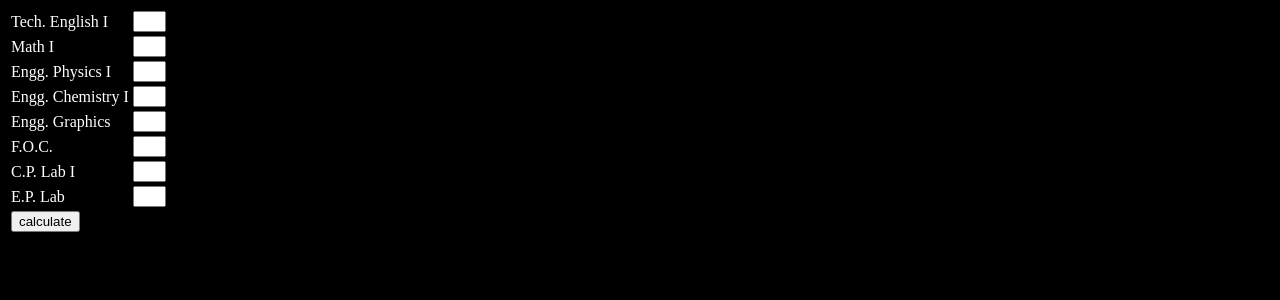
Repository: vigineshs/Mobile-Applications
Page: AnnaUniv GPA Calc/AnnaUniv GPA Calculator w/assets/www/it08sem1.html
The author's editor kept a copy of each file at every save. The page is drawn from the files as they stood at one save, then again after the next save.
The browser window is 1280 px wide. The pictures show the whole page.

Above is the page before, as saved 2012-05-03 11:30:47.

After the next save:
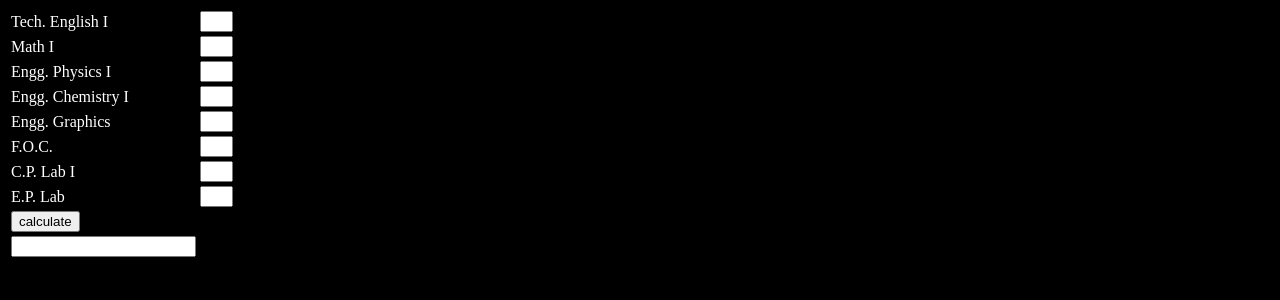
Saved 2 min 53 s later.
--- a/AnnaUniv GPA Calc/AnnaUniv GPA Calculator w/assets/www/it08sem1.html
+++ b/AnnaUniv GPA Calc/AnnaUniv GPA Calculator w/assets/www/it08sem1.html
@@ -171,6 +171,8 @@
 <tr><td>C.P. Lab I</td> <td><input type="text" size="1" name="t7" /></td></tr>
 <tr><td>E.P. Lab</td> <td><input type="text" size="1" name="t8" /></td></tr>
 <tr colspan="2"><td><input type="submit" onclick="f();" value="calculate" /></td></tr>
+<tr colspan="2"><td><input type="text" name=t10 /></td></tr>
+</table>
 </form>
 </body>
 </html>

After the 3 saves that followed:
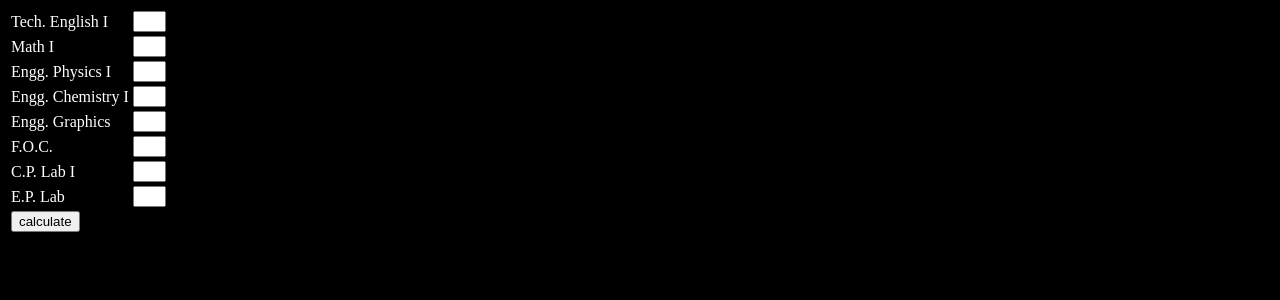
The 3 saves are shown as one change because 2 left the picture as it was.
The last was saved 10 min 36 s later.
--- a/AnnaUniv GPA Calc/AnnaUniv GPA Calculator w/assets/www/it08sem1.html
+++ b/AnnaUniv GPA Calc/AnnaUniv GPA Calculator w/assets/www/it08sem1.html
@@ -152,7 +152,8 @@
 else
 window.alert("invalid grade in sub 8");
 
-document.write("<HTML><BODY><H1>"+s1/credits+"</H1></BODY></HTML>");
+return s1/credits;
+
 }
 </script>
 
@@ -170,8 +171,8 @@
 <tr><td>F.O.C.</td> <td><input type="text" size="1" name="t6" /></td></tr>
 <tr><td>C.P. Lab I</td> <td><input type="text" size="1" name="t7" /></td></tr>
 <tr><td>E.P. Lab</td> <td><input type="text" size="1" name="t8" /></td></tr>
-<tr colspan="2"><td><input type="submit" onclick="f();" value="calculate" /></td></tr>
-<tr colspan="2"><td><input type="text" name=t10 /></td></tr>
+<tr colspan="2"><td><input type="submit" onclick="document.write(f());" value="calculate" /></td></tr>
+
 </table>
 </form>
 </body>
